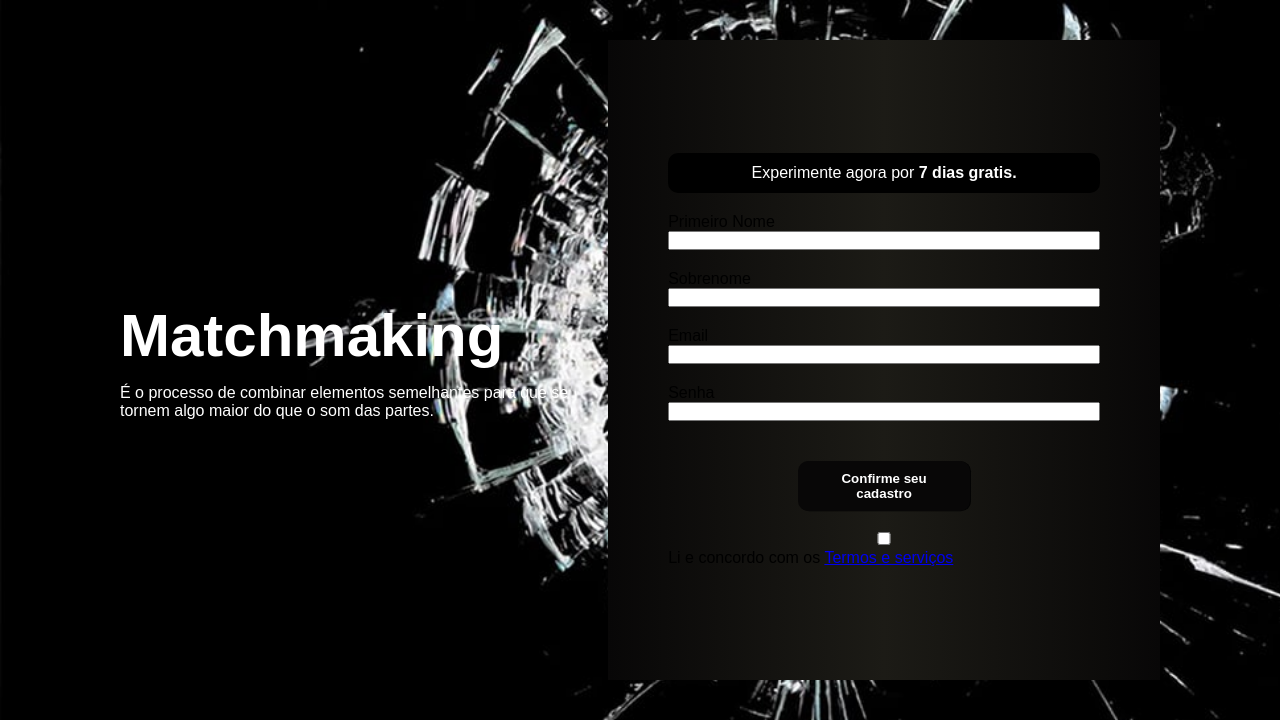
Repository: analessp/tela-login
Page: index.html
The author's editor kept a copy of each file at every save. The page is drawn from the files as they stood at one save, then again after a run of saves.
The browser window is 1280 px wide. The pictures show the whole page.
Some web fonts or font styles are not loaded; a fallback is used.

Above is the page before, as saved 2025-04-16 11:31:24.

### index.html
<!DOCTYPE html>
<html lang="pt-br">
  <head>
    <meta charset="UTF-8" />
    <meta name="viewport" content="width=device-width, initial-scale=1.0" />
    <title>Tela de Login</title>
    <link rel="stylesheet" href="style.css" />
    <link rel="preconnect" href="https://fonts.googleapis.com" />
    <link rel="preconnect" href="https://fonts.gstatic.com" crossorigin />
    <link href="https://fonts.googleapis.com/css2?family=Nunito:ital,wght@0,200..1000;1,200..1000&family=Special+Gothic&display=swap" rel="stylesheet" />
  </head>
  <body>
    <main>
      <div class="container-left">
        <h1>Matchmaking</h1>
        <p>É o processo de combinar elementos semelhantes para que se tornem algo maior do que o som das partes.</p>
      </div>
      <div class="container-right">
        <a href="#" class="teste-gratis">
          <p>Experimente agora por <b>7 dias gratis.</b></p>
        </a>
        <div class="forms">
          <form>

            <div>
              <label for="name">
                <p>Primeiro Nome</p>
                <input id="name" type="text" />
              </label>
            </div>

            <div>
                <label for="lastname">
                    <p>Sobrenome</p>
                    <input id="lastname" type="text" />
                </label>
            </div>

            <div>
                <label for="email">
                    <p>Email</p>
                    <input id="email" type="email" />
                </label>
            </div>

            <div>
                <label for="password">
                    <p>Senha</p>
                    <input id="password" type="password" />
                </label>
            </div>

            <button type="submit">
                <p>Confirme seu cadastro</p>
            </button>
            <div>
                <input type="checkbox">
                <p>
                    Li e concordo com os <a href="#">Termos e serviços</a>
                </p>
            </div>
          </form>
        </div>
      </div>
    </main
  </body>
</html>

### style.css
* {
    margin: 0;
    padding: 0;
    box-sizing: border-box;
    width: 100%;
    font-family: "Special Gothic", sans-serif;
}

main {
    display: flex;
    background-image: url("./assets/background.jpg");
    background-repeat: no-repeat center center;
    background-size: cover;
    display: flex;
    height: 100vh;
    z-index: 0;
    padding: 40px 120px;
}

&::after {
    content: "";
    background: #1e130c;
    position: absolute;
    top: 0;
    left: 0;
    opacity: 0.9;
    width: 100%;
    height: 100%;
    z-index: -1;
}

.container-left {
    color: white;
    display: flex;
    justify-content: center;
    flex-direction: column;
    gap: 14px;
}

.container-left h1 {
    font-size: 60px;

    &:hover::after{
        cursor: pointer;
        content: "";
        position: absolute;
        bottom: 350px;
        left: 120px;
        background-color: #d0d0d0;
        height: 4px;
        width: 420px;
        transition-duration: 800ms;
        animation-name: left-to-right;
        animation-duration: 620ms;
        animation-iteration-count: 1;
        }
}

.container-right {
    background: #080707;
    background: linear-gradient(90deg, rgba(8, 7, 7, 1) 0%, rgba(28, 27, 22, 1) 50%, rgba(8, 7, 7, 1) 100%);
    display: flex;
    flex-direction: column;
    justify-content: center;
    align-items: center;
    padding: 0 60px;
}

.teste-gratis {
    display: flex;
    justify-content: center;
    align-items: center;
    text-align: center;
    width: 100%;
    max-width: 460px;
    height: 40px;
    background-color: black;
    text-decoration: none;
    color: white;
    border-radius: 10px;
    margin-bottom: 20px;
}

.teste-gratis p{
text-align: center;
}

.forms form{
    display: flex;
    flex-direction: column;
    gap: 20px;
}

.forms button {
    cursor: pointer;
    margin-top: 20px;
    border-radius: 10px;
    padding: 10px 15px;
    background-color: #080707;
    color: #fff;
    width: 40%;
    align-self: center;
    border: 0px;
    box-shadow: 1px 0.2px 0.5px #030303;
    font-weight: 580;
    transition-duration: 500ms;

    &:hover {
        transform: translate(300px)
    }
}

.terms {
    display: flex;
    justify-content: center;
    gap: 5px;
}

.terms input {
    width: fit-content;

}



@keyframes left-to-right {
0% {
    width: 0;
}
100% {
    width: 400px;
}
}

After the next 3 saves:
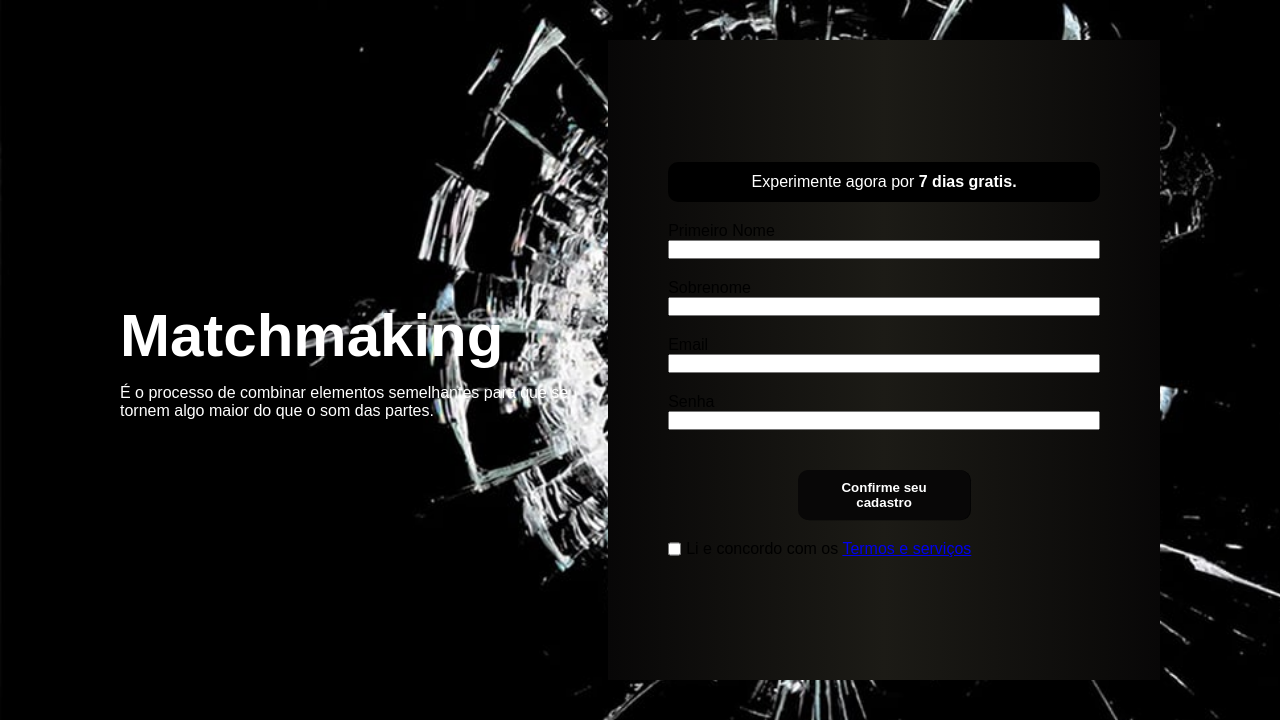
The 3 saves are shown as one change because they came seconds apart.
The last was saved 9 s later.
--- a/index.html
+++ b/index.html
@@ -53,7 +53,8 @@
             <button type="submit">
                 <p>Confirme seu cadastro</p>
             </button>
-            <div>
+            <div class="terms">
+
                 <input type="checkbox">
                 <p>
                     Li e concordo com os <a href="#">Termos e serviços</a>
